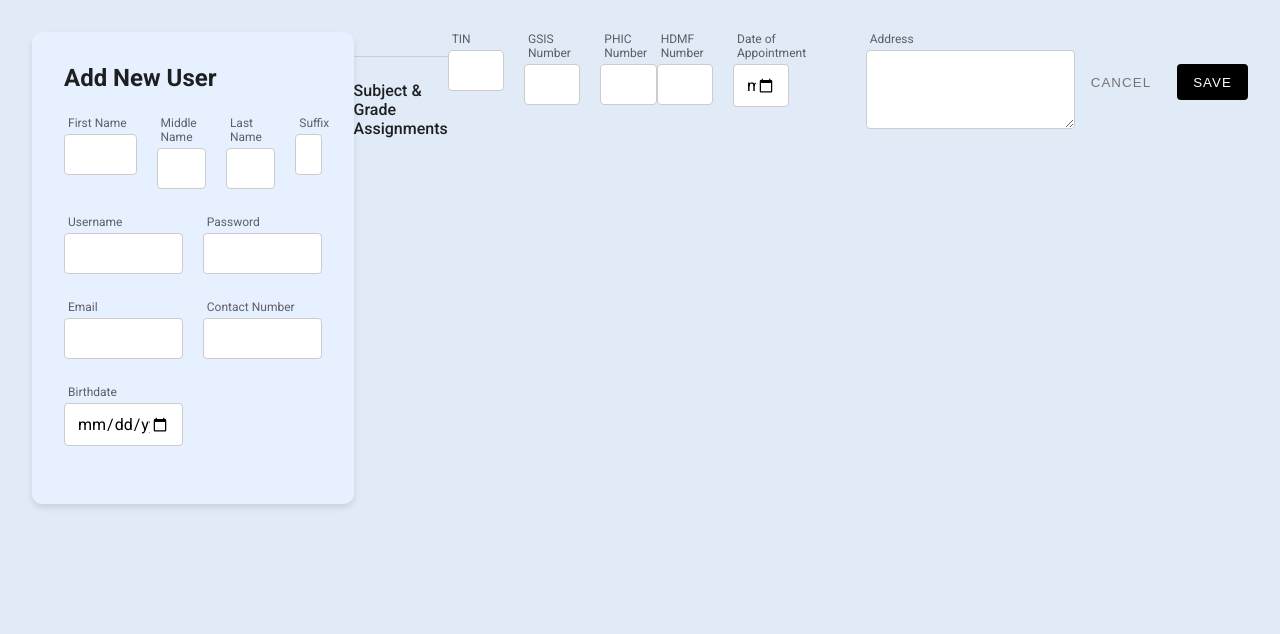
Repository: louisneo/ACT-1
Page: Frontend/data_entry/user_management/templates/addUser.html
These files come from the project's save history. The page is drawn as it stood at one moment and after a run of saves; the edit follows.
The browser window is 1280 px wide. The pictures show the whole page.

Above is the page before, as saved 2026-02-06 02:13:32.

After the next 2 saves:
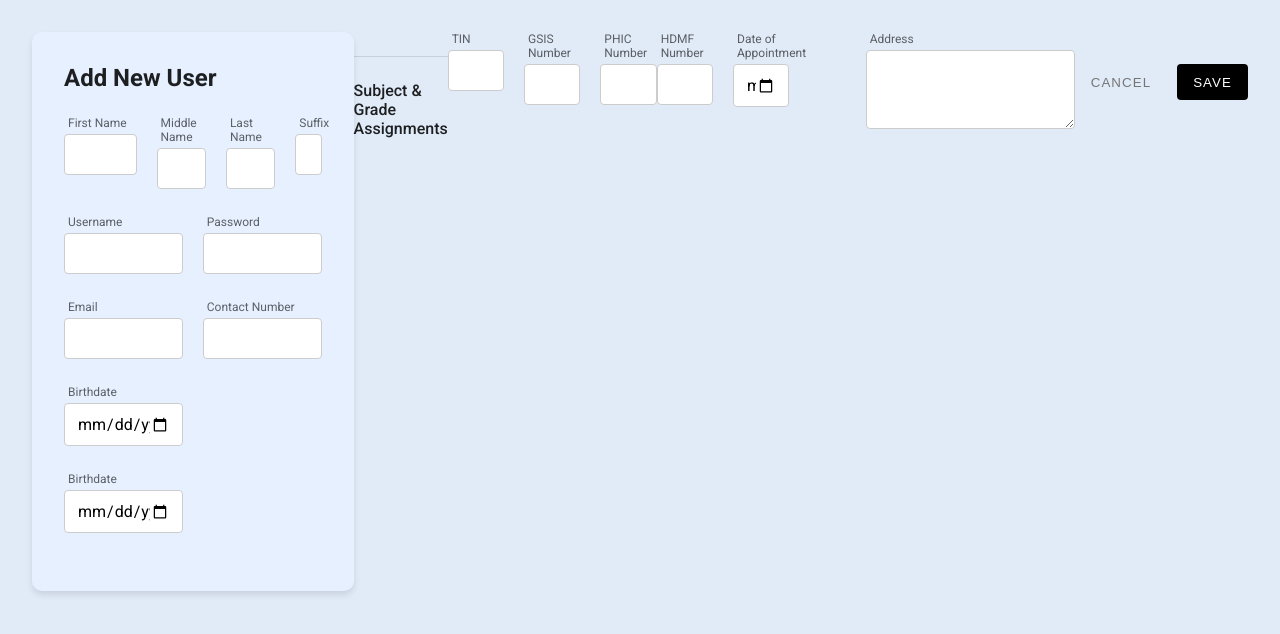
The 2 saves are shown as one change because they came seconds apart.
The last was saved 8 s later.
--- a/Frontend/data_entry/user_management/templates/addUser.html
+++ b/Frontend/data_entry/user_management/templates/addUser.html
@@ -282,6 +282,15 @@
                 </div>
             </div>
 
+            <div class="row">
+                <div class="col col-6">
+                    <div class="input-group">
+                        <label>Birthdate</label>
+                        <input type="date" id="birthdate">
+                    </div>
+                </div>
+            </div>
+
 
 
                 <div class="col col-6" id="deanField" style="display: none;">
